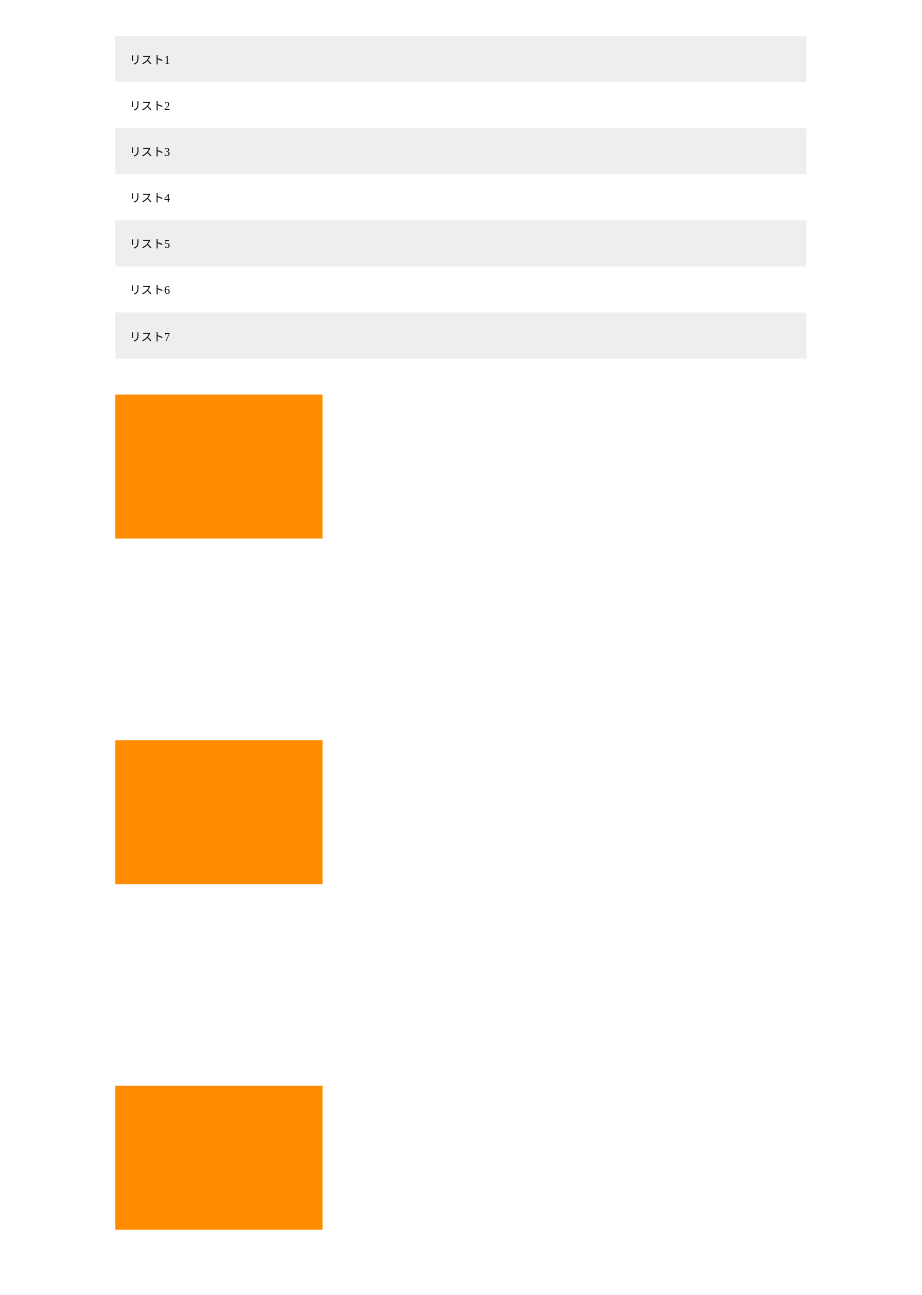
Repository: matuyama/dmm-webcamp
Page: chapter8/index8.html
The author's editor kept a record of every edit. The page is drawn from the files as they stood at one moment, then again after the next edit.
The browser window is 1280 px wide. The pictures show the whole page, at 72% of full size.

Above is the page before.

### chapter8/index8.html
<!DOCTYPE html>
<html lang="ja">
  <head>
    <meta charset="UTF-8"/>
    <title>8章演習</title>
    <link rel="stylesheet" href="style8.css">

  </head>

  <body>
    <main>
      <ul class="item-list">
        <li class="item">リスト1</li>
        <li class="item">リスト2</li>
        <li class="item">リスト3</li>
        <li class="item">リスト4</li>
        <li class="item">リスト5</li>
        <li class="item">リスト6</li>
        <li class="item">リスト7</li>
      </ul>
      <div class="box-list">
        <dir class="box"></dir>
        <dir class="box"></dir>
        <dir class="box"></dir>
        <dir class="box"></dir>
        <dir class="box"></dir>
        <dir class="box"></dir>
        <dir class="box"></dir>
        <dir class="box"></dir>
        <dir class="box"></dir>
      </div>
    </main>
  </body>
</html>

### chapter8/style8.css
*{
  margin:0;
  padding:0;
  box-sizing: border-box;
}

main{
  width: 960px;
  margin:50px auto;
}

.item-list{
  margin-bottom: 50px;
}

.item:nth-child(odd){
  background-color: #eee;
}

.item{
  padding: 20px;
  list-style: none;
}

.box-list{
  display: flex;
  flex-wrap: wrap;
}

.box{
  height: 200px;
  width: 30%;
  margin: 0 5% 40px 0;
}

.box:first-child,.box:nth-child(5),.box:nth-child(9){
  background-color: #ff8c00;
}

After the next edit:
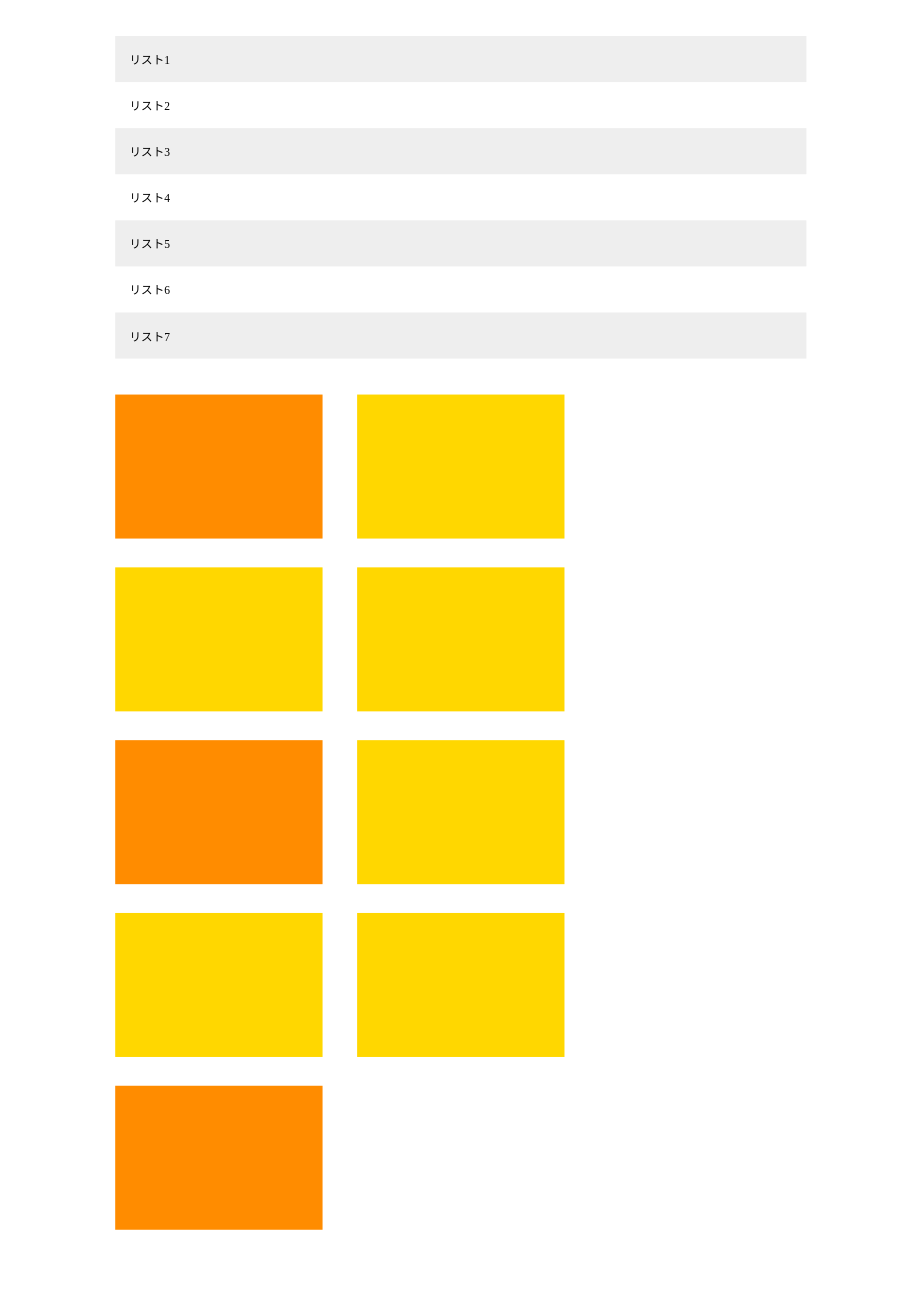
The edit:
--- a/chapter8/style8.css
+++ b/chapter8/style8.css
@@ -31,6 +31,7 @@
   height: 200px;
   width: 30%;
   margin: 0 5% 40px 0;
+  background-color: #ffd700;
 }
 
 .box:first-child,.box:nth-child(5),.box:nth-child(9){
